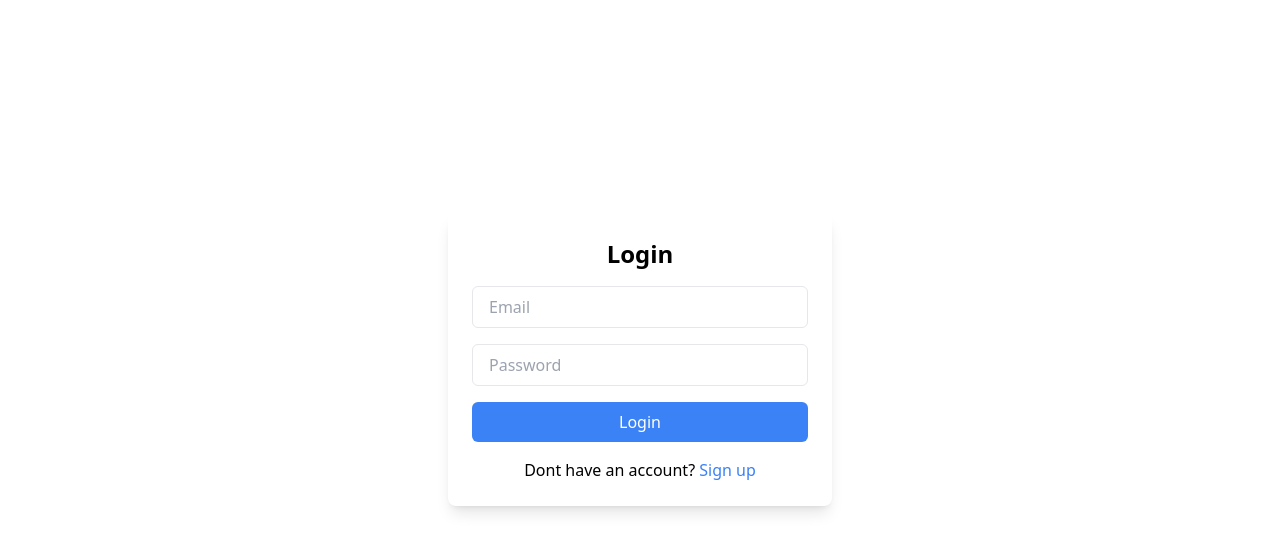
Repository: prathyushaa5/BuyYours
Page: /login (app in Frontend/)
These files come from the project's save history. The page is drawn as it stood at one moment and after the next save; the edit follows.
The browser window is 1280 px wide. The pictures show the whole page.
The project was rebuilt for these pictures with package versions that can differ from the ones it lists, and the page was loaded fresh each time. Also part of the build but not shown: Frontend/vite.config.js, Frontend/src/components/Main.jsx, Frontend/src/components/Signup.jsx, Frontend/src/components/Home.jsx.

Above is the page before, as saved 2025-02-13 18:06:09.

### Frontend/src/App.jsx
import { BrowserRouter as Router, Routes, Route } from "react-router-dom";
import { useState } from "react";
import Main from "./components/Main";
import Login from "./components/Login";
import Signup from "./components/Signup";
import Home from "./components/Home";

export default function App() {
  const [token, setToken] = useState(null);

  const handleLogin = (userToken) => {
    setToken(userToken);
  };

  return (
    <Router>
      <Routes>
        {/* Show Main page first */}
        <Route path="/" element={<Main />} />

        {/* Login Page */}
        <Route path="/login" element={<Login onLogin={handleLogin} />} />

        {/* Signup Page */}
        <Route path="/signup" element={<Signup />} />

        {/* Home Page (Protected) */}
        <Route path="/home" element={token ? <Home /> : <Login onLogin={handleLogin} />} />
      </Routes>
    </Router>
  );
}

### Frontend/src/components/Login.jsx
import { useState } from "react";
import PropTypes from "prop-types";
import axios from "axios";
import { useNavigate } from "react-router-dom";

const Login = ({ onLogin }) => {
  const [email, setEmail] = useState("");
  const [password, setPassword] = useState("");
  const [error, setError] = useState("");
  const navigate = useNavigate();

  const handleLogin = async (e) => {
    e.preventDefault();
    try {
      const response = await axios.post("http://localhost:5223/api/auth/login", {
        email,
        password,
      });

      localStorage.setItem("token", response.data.token);
      onLogin(response.data.token);
      console.log("User logged in");
      navigate("/home");
    } catch (err) {
      setError("Invalid email or password.",err);
    }
  };

  return (
    <div className="flex items-center justify-center min-h-screen bg-white">
      <div className="bg-white p-6 rounded-lg shadow-lg w-96">
        <h2 className="text-2xl font-bold mb-4 text-center">Login</h2>
        {error && <p className="text-red-500 text-center">{error}</p>}
        <form onSubmit={handleLogin} className="space-y-4">
          <input
            type="email"
            placeholder="Email"
            value={email}
            onChange={(e) => setEmail(e.target.value)}
            className="w-full px-4 py-2 border rounded-md"
            required
          />
          <input
            type="password"
            placeholder="Password"
            value={password}
            onChange={(e) => setPassword(e.target.value)}
            className="w-full px-4 py-2 border rounded-md"
            required
          />
          <button type="submit" className="w-full bg-blue-500 text-white py-2 rounded-md hover:bg-blue-600">
            Login
          </button>
        </form>
        <p className="mt-4 text-center">
          Dont have an account?{" "}
          <button onClick={() => navigate("/signup")} className="text-blue-500 hover:underline">
            Sign up
          </button>
        </p>
      </div>
    </div>
  );
};

Login.propTypes = {
  onLogin: PropTypes.func.isRequired,
};

export default Login;

Loaded but not shown: Frontend/index.html (common file); Frontend/src/main.jsx (common file); Frontend/src/index.css (common file); Frontend/tailwind.config.js (common file)

After the next save:
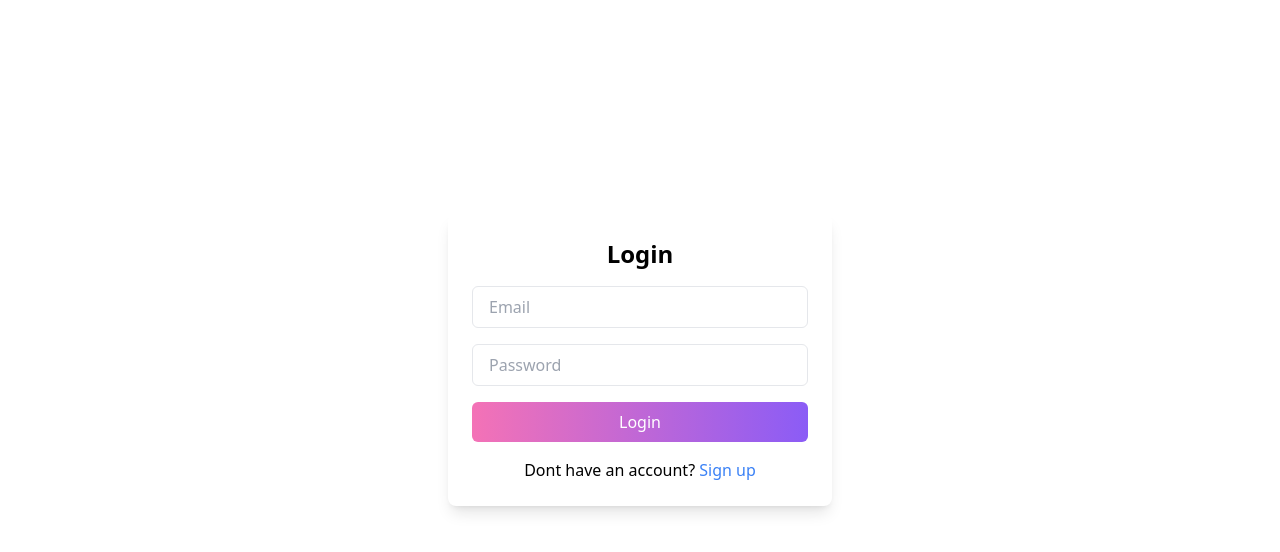
Saved 38 s later.
--- a/Frontend/src/components/Login.jsx
+++ b/Frontend/src/components/Login.jsx
@@ -48,7 +48,7 @@ const Login = ({ onLogin }) => {
             className="w-full px-4 py-2 border rounded-md"
             required
           />
-          <button type="submit" className="w-full bg-blue-500 text-white py-2 rounded-md hover:bg-blue-600">
+          <button type="submit" className="w-full bg-gradient-to-r from-pink-400 to-violet-500 text-white py-2 rounded-md hover:bg-blue-600">
             Login
           </button>
         </form>
